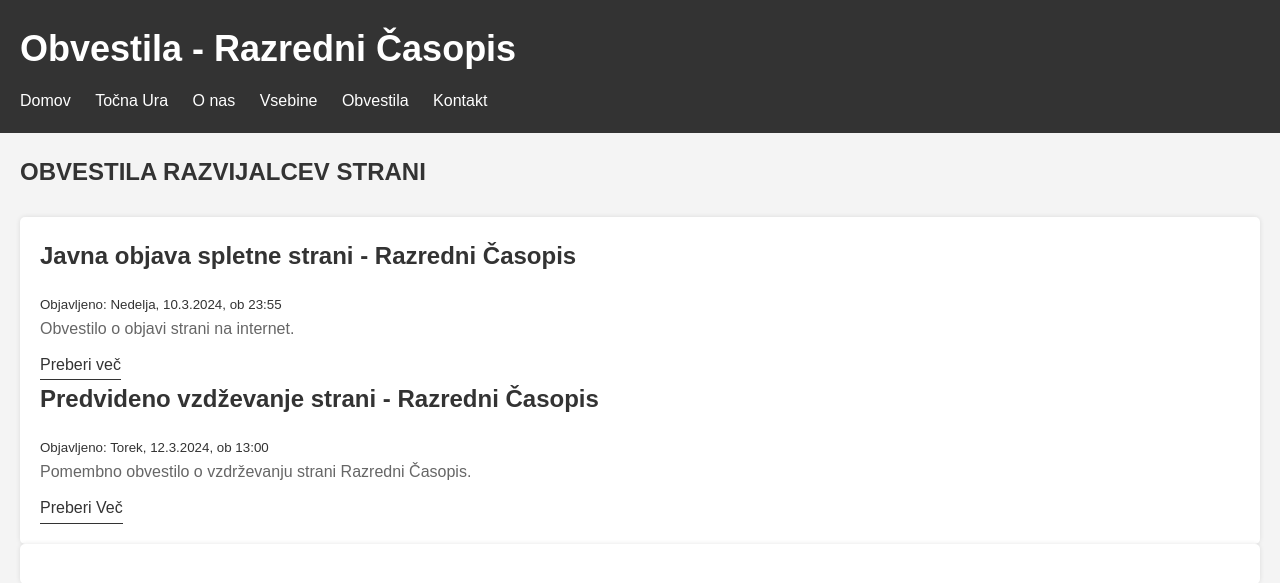
Repository: razrednicasopis/razrednicasopis.github.io
Page: Resources/obvestila.html
The author's editor kept a copy of each file at every save. The page is drawn from the files as they stood at one save, then again after the next save.
The browser window is 1280 px wide. The pictures show the whole page.

Above is the page before, as saved 2024-03-12 13:00:53.
Console error: ReferenceError: maintenanceMode is not defined

### Resources/obvestila.html
<!DOCTYPE html>
    <html lang="eu">
        <head>
            <meta charset="UTF-8">
            <meta name="viewport" content="width=device-width, initial-scale=1.0">
            <title>Obvestila</title>
            <link rel="stylesheet" href="styless.css">
            <link rel="stylesheet" href="system.css">
        </head>
            <body>


              <div class="blur-container">
                <div id="vrstica">
                    <header>
                      <h1>Obvestila - Razredni Časopis</h1>
                      <nav>
                        <ul>
                          <li><a href="index.html">Domov</a></li>
                          <li><a href="ura.html">Točna Ura</a></li>
                          <li><a href="o-nas.html">O nas</a></li>
                          <li><a href="vsebine.html">Vsebine </a></li>
                          <li><a href="#">Obvestila</a></li>
                          <li><a href="#" class="showPopupLink">Kontakt</a></li>
                        </ul>
                      </nav>
                    </header>
                    </div>



        <main>
          <section class="obvestilnatabla">
            <h1>OBVESTILA RAZVIJALCEV STRANI</h1><br>
              <article>
                <h2>Javna objava spletne strani - Razredni Časopis</h2>
                <small>Objavljeno: Nedelja, 10.3.2024, ob 23:55</small>
                <p>Obvestilo o objavi strani na internet.</p>
                <a href="obvestilo1.html">Preberi več</a>
                <h2>Predvideno vzdževanje strani - Razredni Časopis</h2>
                <small>Objavljeno: Torek, 12.3.2024, ob 13:00</small>
                <p>Pomembno obvestilo o vzdrževanju strani Razredni Časopis.</p>
                <a href="obvestilo2.html">Preberi Več</a>
              </article>
                <p>
                  <article>

                  </article>
                </p>
          </section>
        </main>
      </div>


<!--Pop-ups and other HTML-->
<div id="popupContainer">
  <div id="overlay"></div>
  <div id="popupContent">
      <h1><b>NEDOSEGLJIVE VSEBINE</b></h1>
      <p>Te vsebine bodo na voljo v naslednjih verzijah strani.</p>
      <p>Obiščite <a href="obvestila.html">obvestila</a> za več novic.</p>
      <br>
      <button id="closePopupBtn">V redu</button>
  </div>
</div>

<div id="maintenancePopup">
  <div id="maintenancePopupContent">
    <h1>POVEZAVA IZGUBLJENA</h1>
    <p>Povezava z strežnikom izgubljena zaradi vzdrževanja strani. Prosimo osvežite stran.</p>
    <button id="closeMaintenancePopupBtn">Osveži</button>
  </div>
</div>

          <script src="alerts.js"></script>
          <script src="maintenancemode.js"></script>

            </body>
    </html>

### Resources/styless.css
* {
  margin: 0;
  padding: 0;
  box-sizing: border-box;
}

/* Globalni slogi */
body {
  font-family: Arial, sans-serif;
  line-height: 1.6;
  background-color: #f4f4f4;
  color: #333;
  margin: 0;
  padding: 0;
  max-height: 100vh;
}


.container {
    text-align: center;
    margin-top: 50px;
}

.border-box {
    display: inline-block;
    padding: 200px;
    width: 550px;
    height: 500px;
    border: 5px solid #333; /* Set your desired border color */
    border-radius: 30px; /* Set the border radius for slightly curved corners */
    background-color: #333; /* Set your desired background color inside the border */
}

header {
  background: #333;
  color: #fff;
  padding: 20px;
}

header h1 {
  margin-bottom: 10px;
  font-size: 36px;
}

nav ul {
  list-style: none;
}

nav ul li {
  display: inline;
  margin-right: 20px;
}

nav ul li a {
  color: #fff;
  text-decoration: none;
}

main {
  padding: 20px;
}

section {
  margin-bottom: 30px;
}

section h2 {
  margin-bottom: 15px;
}

article {
  background: #fff;
  padding: 20px;
  border-radius: 5px;
  box-shadow: 0 0 5px rgba(0, 0, 0, 0.1);
}

article h3 {
  margin-bottom: 10px;
}

article p {
  color: #666;
}

article a {
  display: inline-block;
  margin-top: 10px;
  text-decoration: none;
  color: #333;
  border-bottom: 1px solid #333;
  padding-bottom: 2px;
}

article a:hover {
  color: #000;
  border-color: #000;
}



footer {
  text-align: center;
  padding: 30px;
  background-color: #333;
  color: #fff;
  position: absolute;
  bottom: auto;
  width: 100%;
  text-align: center;
}

### Resources/system.css
/* Koda za "Coming Soon" pop-up */

#popupContainer {
    display: none;
    position: fixed;
    top: 50%;
    left: 50%;
    transform: translate(-50%, -50%);
    background-color: #ffffff;
    box-shadow: 0 4px 8px rgba(0, 0, 0, 0.1);
    padding: 20px;
    border-radius: 10px;
    text-align: center;
    z-index: top;
  }

  #popupContent {
    max-width: 400px;
    margin: 0 auto;
  }

  #closePopupBtn {
    background-color: #3498db;
    color: #ffffff;
    padding: 10px 15px;
    border: none;
    border-radius: 5px;
    cursor: pointer;
  }

  #closePopupBtn:hover {
      background-color: #4da8e1;
  }

  #showPopupLink {
    display: inline-block;
    padding: 10px 15px;
    color: #ffffff;
    text-decoration: none;
    border-radius: 5px;
    cursor: pointer;
  }

body.popup-open {
   overflow: hidden;
}

.popup-open .blur-container {
  filter: blur(5px); /* Apply blur effect only when popup is open */
  pointer-events: none;
}

#maintenancePopup {
  display: none;
  position: fixed;
  top: 50%;
  left: 50%;
  transform: translate(-50%, -50%);
  background-color: #ffffff;
  box-shadow: 0 4px 8px rgba(0, 0, 0, 0.1);
  padding: 20px;
  border-radius: 10px;
  text-align: center;
  z-index: 999;
}

#maintenancePopupContent {
  max-width: 400px;
  margin: 0 auto;
}

#closeMaintenancePopupBtn {
  background-color: #3498db;
  color: #ffffff;
  padding: 10px 15px;
  border: none;
  border-radius: 5px;
  cursor: pointer;
  margin-top: 20px;
}

#closeMaintenancePopupBtn:hover {
  background-color: #4da8e1;
}

/* Koda za "Kontakt" obrazec */

#contactform {
    align-self: center;
    }

    .formcontainer {
      text-align: center;
      margin-top: 50px;
      display: flex;
      justify-content: center;
      align-items: flex-start; /* Align items at the top */
  }

  .border-box {
      display: inline-block;
      padding: 20px;
      width: 550px;
      height: 500px;
      border: 5px solid #333; /* Set your desired border color */
      border-radius: 30px; /* Set the border radius for slightly curved corners */
      background-color: #333; /* Set your desired background color inside the border */
  }

  form input,
form textarea {
    width: calc(100% - 40px); /* Adjusted width with a bit of padding on each side */
    padding: 10px; /* Increased padding for better readability */
    margin-bottom: 5px; /* Increased spacing between input areas */
    margin-top: 25px; /* Move input areas slightly lower */
    height: 40px; /* Increased height to make input areas bigger */
}

form select{
width: calc(100% - 40px); /* Adjusted width with a bit of padding on each side */
padding: 10px; /* Increased padding for better readability */
margin-bottom: 5px;
margin-top: 20px; /* Move input areas slightly lower */
height: 40px; /* Height of input areas */
border: 1px solid #ccc; /* Border style */
border-radius: 5px; /* Border radius */
font-size: 16px; /* Font size */
}

form textarea {
  height: 120px;
}

/* Form Submit Button Styles */

/* Your existing CSS code */
/* Koda za "Coming Soon" pop-up */

#popupContainer {
  display: none;
  position: fixed;
  top: 50%;
  left: 50%;
  transform: translate(-50%, -50%);
  background-color: #ffffff;
  box-shadow: 0 4px 8px rgba(0, 0, 0, 0.1);
  padding: 20px;
  border-radius: 10px;
  text-align: center;
  z-index: top;
}


#popupContent {
  max-width: 400px;
  margin: 0 auto;
}

#closePopupBtn {
  background-color: #3498db;
  color: #ffffff;
  padding: 10px 15px;
  border: none;
  border-radius: 5px;
  cursor: pointer;
}

#closePopupBtn:hover {
    background-color: #4da8e1;
}

#showPopupLink {
  display: inline-block;
  padding: 10px 15px;
  color: #ffffff;
  text-decoration: none;
  border-radius: 5px;
  cursor: pointer;
}

body.popup-open {
 overflow: hidden;
}

body.blur {
filter: blur(5px);
pointer-events: none;
z-index: 1;
}

/* Koda za "Kontakt" obrazec */

#contactform {
  align-self: center;
}

.formcontainer {
  text-align: center;
  margin-top: 50px;
  display: flex;
  justify-content: center;
  align-items: flex-start; /* Align items at the top */
}

.border-box {
  display: inline-block;
  padding: 20px;
  width: 550px;
  height: 500px;
  border: 5px solid #333; /* Set your desired border color */
  border-radius: 30px; /* Set the border radius for slightly curved corners */
  background-color: #333; /* Set your desired background color inside the border */
}

form input,
form textarea {
  width: calc(100% - 40px); /* Adjusted width with a bit of padding on each side */
  padding: 10px; /* Increased padding for better readability */
  margin-bottom: 5px; /* Increased spacing between input areas */
  margin-top: 25px; /* Move input areas slightly lower */
  height: 40px; /* Increased height to make input areas bigger */
}

form select{
width: calc(100% - 40px); /* Adjusted width with a bit of padding on each side */
padding: 10px; /* Increased padding for better readability */
margin-bottom: 5px;
margin-top: 20px; /* Move input areas slightly lower */
height: 40px; /* Height of input areas */
border: 1px solid #ccc; /* Border style */
border-radius: 5px; /* Border radius */
font-size: 16px; /* Font size */
}

form textarea {
height: 120px;
}

/* Combined CSS for Blob Button */

*, *:before, *:after {
  box-sizing: border-box;
  margin: 0;
  padding: 0;
}

.buttons {
  margin-top: 2 0px;
  text-align: center;
  border-radius: 30px;
}

.blob-btn {
  z-index: 1;
  position: relative;
  padding: 20px 150px;
  margin-bottom: 40px;
  margin-top: 10px;
  text-align: center;
  text-transform: uppercase;
  color: #0505A9;
  font-size: 16px;
  font-weight: bold;
  background-color: transparent;
  outline: none;
  border: none;
  transition: color 0.5s;
  cursor: pointer;
  border-radius: 30px;
}
.blob-btn:before {
  content: "";
  z-index: 1;
  position: absolute;
  left: 0;
  top: 0;
  width: 100%;
  height: 100%;
  border: 2px solid #0505A9;
  border-radius: 30px;
}
.blob-btn:after {
  content: "";
  z-index: -2;
  position: absolute;
  left: 3px;
  top: 3px;
  width: 100%;
  height: 100%;
  transition: all 0.3s 0.2s;
  border-radius: 30px;
}
.blob-btn:hover {
  color: #FFFFFF;
  border-radius: 30px;
}
.blob-btn:hover:after {
  transition: all 0.3s;
  left: 0;
  top: 0;
  border-radius: 30px;
}
.blob-btn__inner {
  z-index: -1;
  overflow: hidden;
  position: absolute;
  left: 0;
  top: 0;
  width: 100%;
  height: 100%;
  border-radius: 30px;
  background: #ffffff;
}
.blob-btn__blobs {
  position: relative;
  display: block;
  height: 100%;
  filter: url("#goo");
}
.blob-btn__blob {
  position: absolute;
  top: 2px;
  width: 30%;
  height: 100%;
  background: #0505A9;
  border-radius: 100%;
  transform: translate3d(0, 150%, 0) scale(1.7);
  transition: transform 0.45s;
}
@supports (filter: url("#goo")) {
  .blob-btn__blob {
    transform: translate3d(0, 150%, 0) scale(1.4);
  }
}
.blob-btn__blob:nth-child(1) {
  left: 0%;
  transition-delay: 0s;
}
.blob-btn__blob:nth-child(2) {
  left: 30%;
  transition-delay: 0.08s;
}
.blob-btn__blob:nth-child(3) {
  left: 60%;
  transition-delay: 0.16s;
}
.blob-btn__blob:nth-child(4) {
  left: 90%;
  transition-delay: 0.24s;
}
.blob-btn:hover .blob-btn__blob {
  transform: translateZ(0) scale(1.7);
}

/* Define the keyframes for the pulse effect */
@keyframes pulse {
  0% {
    box-shadow: 0 0 0 0 rgba(255, 255, 255, 0.7); /* Initial box shadow color, adjust to match button color */
  }
  50% {
    box-shadow: 0 0 0 20px rgba(255, 255, 255, 0); /* Intermediate box shadow color */
  }
  100% {
    box-shadow: 0 0 0 0 rgba(255, 255, 255, 0); /* Final box shadow color */
  }
}

/* Apply the animation to the button when it's clicked or focused */
.blob-btn:active, .blob-btn:focus {
  animation: pulse 0.3s ease-in-out; /* Adjust the duration to control the pulse speed */
}

@supports (filter: url("#goo")) {
  .blob-btn:hover .blob-btn__blob {
    transform: translateZ(0) scale(1.5);
  }
}

/* CSS za uro */

.clock {
  margin-top: 6cm;
  text-align: center;
  font-size: 3em;
}

/*CSS za vse stranske nav skupine razen za glavno */

.seznamvsebin {
  display: inline-block;
  vertical-align: bottom;
  width: calc(20% - 4px); /* Adjust width to accommodate border */
  box-sizing: border-box;
  margin: 40px;
  border: 3px solid #000; /* Border thickness */
  height: 750px; /* Set desired height */
  /* Additional styling for seznamvsebin if needed */
  background-color: #f2f2f2;

}

.seznamvsebin nav {
    justify-content: center;
    padding: 30px;

}

.seznamvsebin nav a {
      display: inline-block;
      padding: 5px 10px;
      color: #000000;
      text-align: center;
      text-decoration: none;
      margin-bottom: 5px;
      border: 2px, transparent;
      border-radius: 5px;
      transition: linear, border 0.1s linear;
      font-weight: bold;
}


.seznamvsebin nav a:hover {
    background-color: #e0e0e0;
    border: 2px solid #000000
}

.NoviceContent {
  float: right; /* Align to the right */
  width: calc(80% - 250px); /* Adjusted width */
  box-sizing: border-box;
  margin-top: 100px;
}

.NoviceContent p {
  margin-bottom: 20px;
}

#dynamicText {
  float: right; /* Align to the right */
  width: calc(89% - 250px); /* Adjusted width */
  box-sizing: border-box;
  margin-top: 90px;
}

#dynamicText article {
  width: 99%;
}

/* Pravila Obrazca CSS */

.pravilaobrazca {
  height: 630px;
}

.pravilaobrazca_opozorilo {
  margin-top: 275px; /* Keeps this div at the bottom */
  color: #666; /* Change text color if desired */
}

/* Random CSS */

/* CSS for the admin credits list */

.creditscontainer {
  display: flex;
  flex-wrap: wrap;
}

.creditslist {
  flex: 1;
  margin: 10px;
  padding: 0;
  list-style-type: none;
}

.creditslist li {
  margin-bottom: 5px;
}

.adminlist article {
  min-height: 225px;
}

/* Članki CSS */

.člankimargin {
  margin-top: 20px;
}

.člankimargin article {
  width: 99%;
  margin-left: 10px;
  height: 20.5cm;
}

.člankitext {
  margin-bottom: 75px;
  font-size: 25px;
}

.člankitext2 {
  font-size: 14.5px;
}

.člankitext3 {
  font-size: 18px;
}

#vitin_spis {
  font-size: 20px;
}

#grinchtext {
  font-size: 20px;
}

#grinchimg img {
  width: 20%;
  height: 20%
}

/* CSS za mediji.html */

.shrambaslik {
  float: right; /* Align to the right */
  width: calc(89% - 250px); /* Adjusted width */
  box-sizing: border-box;
  margin-top: 90px;
}

.shrambaslik img[id="1"] {
  width: 25%;
  height: 25%;
}

.shrambaslik img[id="2"] {
  width: 10%;
  height: 5%;
  margin-left: 2%;
}

### Resources/alerts.js
 document.addEventListener('DOMContentLoaded', function () {
        document.querySelectorAll('.showPopupLink').forEach(function (link) {
            link.addEventListener('click', function (event) {
                event.preventDefault();
                document.getElementById('popupContainer').style.display = 'block';
                document.body.classList.add('popup-open');
            });
        });

        document.getElementById('closePopupBtn').addEventListener('click', function () {
            document.getElementById('popupContainer').style.display = 'none';
            document.body.classList.remove('popup-open');
        });
    });

    //Maintenance mode pop-up

    document.addEventListener('DOMContentLoaded', function ()  {
        function toggleMaintenancePopup(show) {
            var maintenancePopup = document.getElementById('maintenancePopup');
            if (maintenancePopup) {
                maintenancePopup.style.display = show ? 'block' : 'none';
                document.body.classList.toggle('popup-open', show);
                console.log(Error);
            }
        }


    function checkMaintenanceStatus() {
        setInterval(function () {


            toggleMaintenancePopup(maintenanceMode);

        }, 1000);
    }

    document.getElementById('closeMaintenancePopupBtn').addEventListener('click', function ()  {
        location.reload();
    });

    checkMaintenanceStatus();
});

Loaded but not shown: Resources/maintenancemode.js (no stored copy; drawn as an empty file)

After the next save:
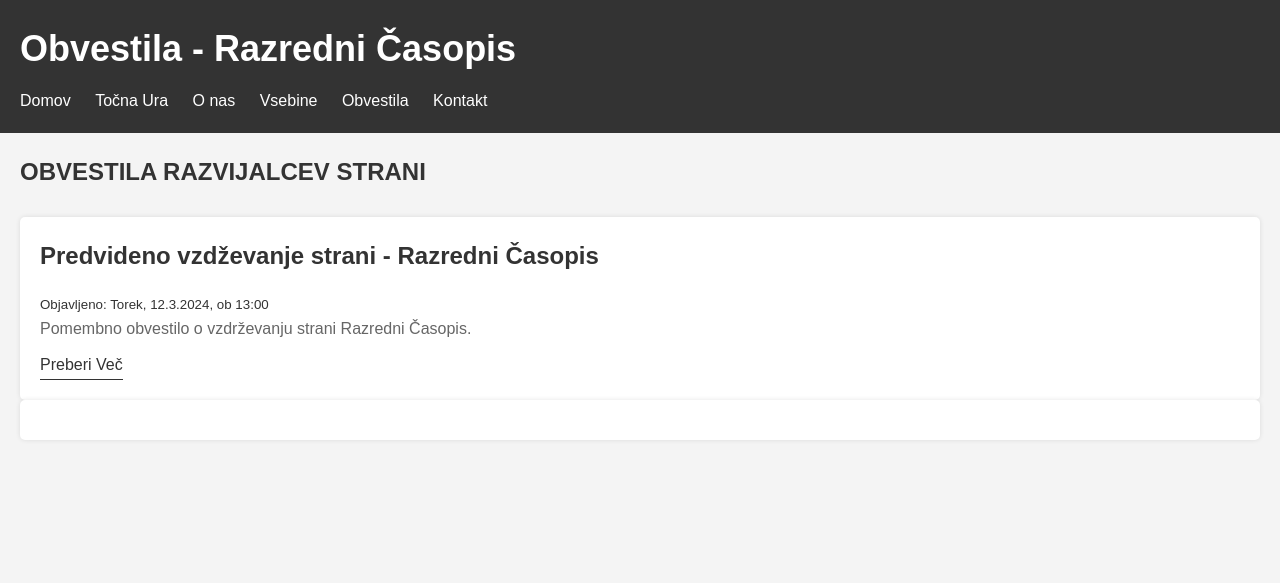
Saved 6 s later.
--- a/Resources/obvestila.html
+++ b/Resources/obvestila.html
@@ -33,10 +33,6 @@
           <section class="obvestilnatabla">
             <h1>OBVESTILA RAZVIJALCEV STRANI</h1><br>
               <article>
-                <h2>Javna objava spletne strani - Razredni Časopis</h2>
-                <small>Objavljeno: Nedelja, 10.3.2024, ob 23:55</small>
-                <p>Obvestilo o objavi strani na internet.</p>
-                <a href="obvestilo1.html">Preberi več</a>
                 <h2>Predvideno vzdževanje strani - Razredni Časopis</h2>
                 <small>Objavljeno: Torek, 12.3.2024, ob 13:00</small>
                 <p>Pomembno obvestilo o vzdrževanju strani Razredni Časopis.</p>
